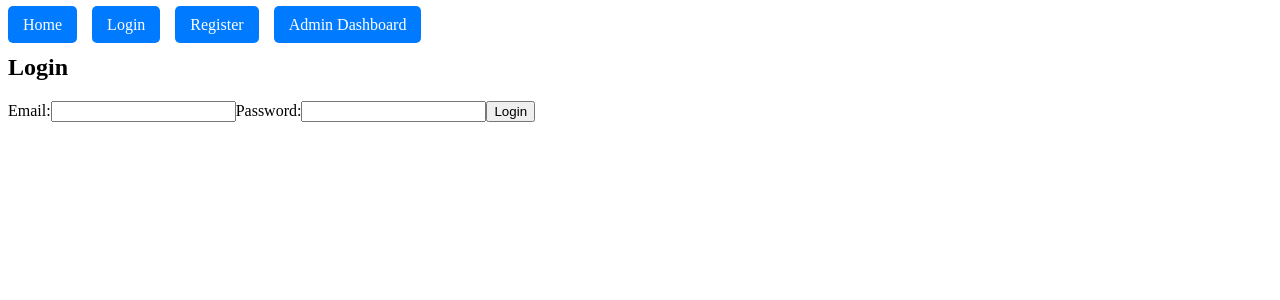
Repository: AhmedIbu/angular-login-app
Page: /admin-dashboard (app in angular-login-app/)
The author's editor kept a copy of each file at every save. The page is drawn from the files as they stood at one save, then again after the next save.
The browser window is 1280 px wide. The pictures show the whole page.
The page's requests for data from a server got no answer. The project was rebuilt for these pictures with package versions that can differ from the ones it lists, and the page was loaded fresh each time. No one was signed in, and anything a server would have sent is missing. Also part of the build but not shown: angular-login-app/angular.json, angular-login-app/src/app/home/home.component.ts, angular-login-app/src/app/register/register.component.ts.

Above is the page before, as saved 2025-02-19 15:47:37.

After the next save:
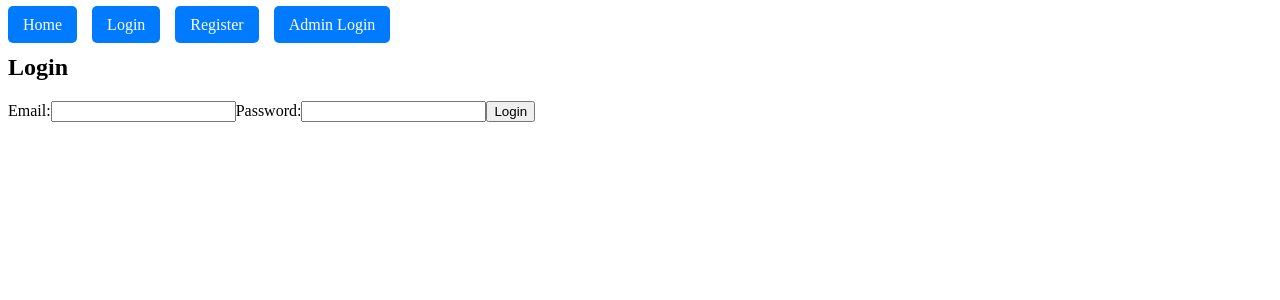
Saved 6 s later.
--- a/angular-login-app/src/app/app.component.html
+++ b/angular-login-app/src/app/app.component.html
@@ -3,7 +3,7 @@
     <li><a routerLink="/">Home</a></li>
     <li><a routerLink="/login">Login</a></li>
     <li><a routerLink="/register">Register</a></li>
-    <li><a routerLink="/admin-login">Admin Dashboard</a></li>
+    <li><a routerLink="/admin-login">Admin Login</a></li>
   </ul>
 </nav>
 
